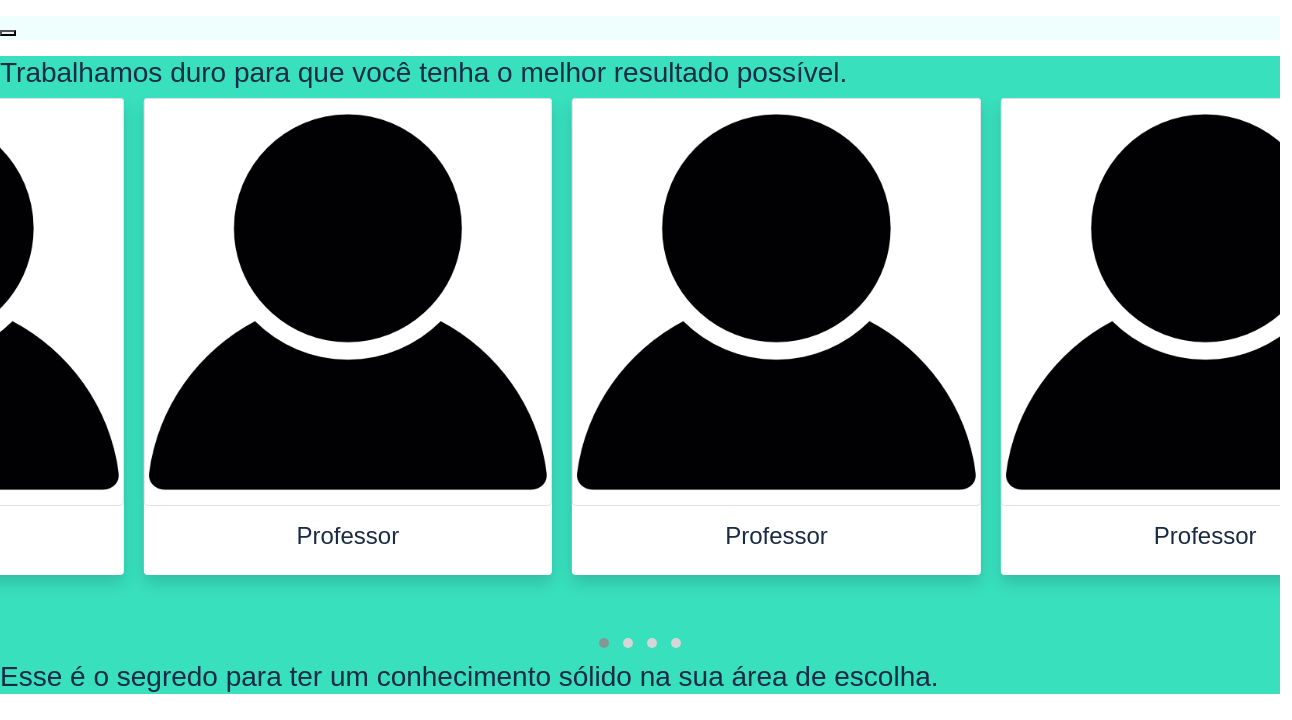
Repository: MarTech-Coders-Planejamento/site-oficial
Page: home.html
The author's editor kept a copy of each file at every save. The page is drawn from the files as they stood at one save, then again after the next save.
The browser window is 1280 px wide. The page is 1292 px wide, so the pictures cover 1292 px, including what lies to the right of the window. The pictures show the whole page.
Some web fonts or font styles are not loaded; a fallback is used.

Above is the page before, as saved 2021-10-22 23:34:18.

After the next save:
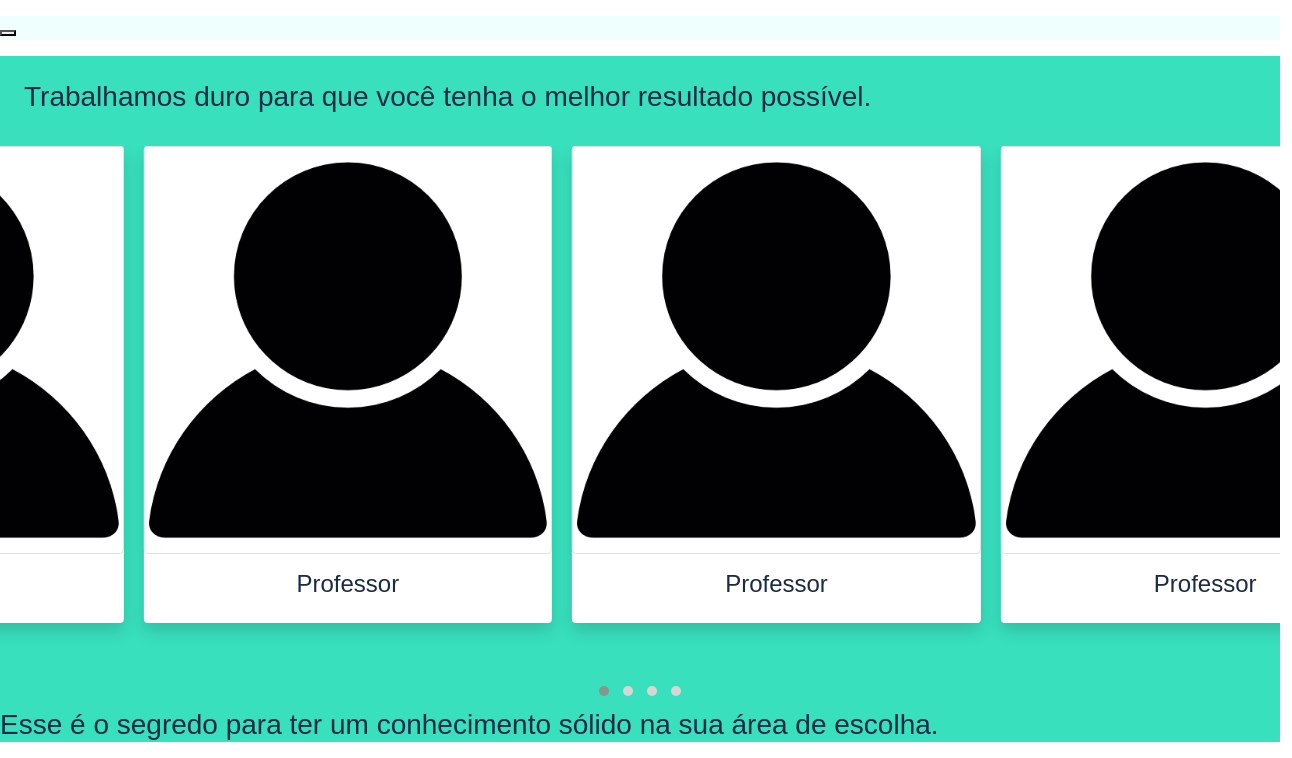
Saved 14 min 16 s later.
--- a/home.html
+++ b/home.html
@@ -70,7 +70,7 @@
         </section>
         <section class="bg-two">
           <!--dobra4-->
-          <p class='h3 '>
+          <p class='h3 p-4'>
             Trabalhamos duro para que você tenha o melhor resultado possível.
           </p>
           <div class="row justify-content-center">
